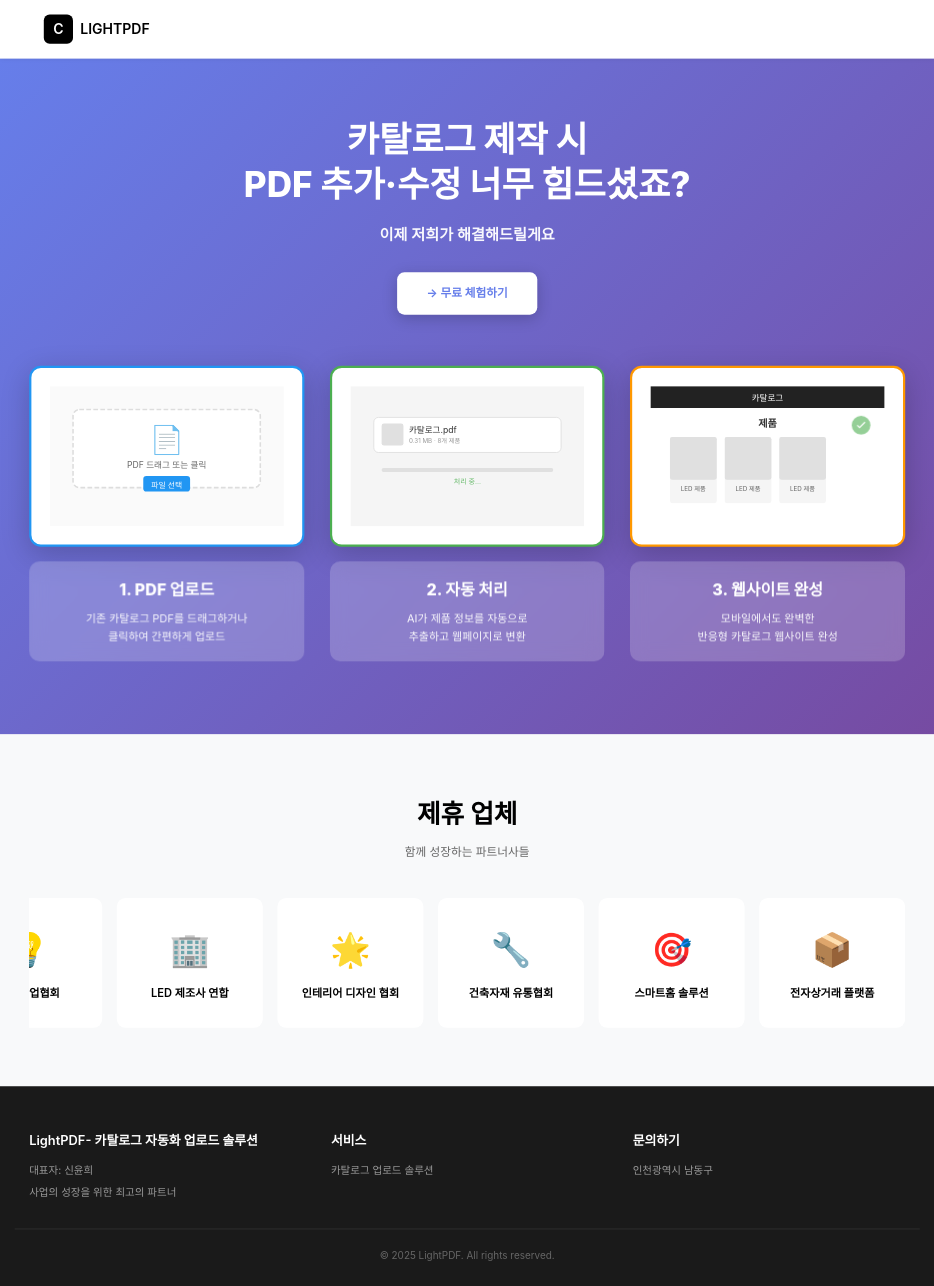
Repository: ororso11/catamaster
Page: index.html
These files come from the project's save history. The page is drawn as it stood at one moment and after the next save; the edit follows.
The browser window is 1280 px wide. The pictures show the whole page, at 73% of full size.

Above is the page before, as saved 2025-10-05 00:47:16.

After the next save:
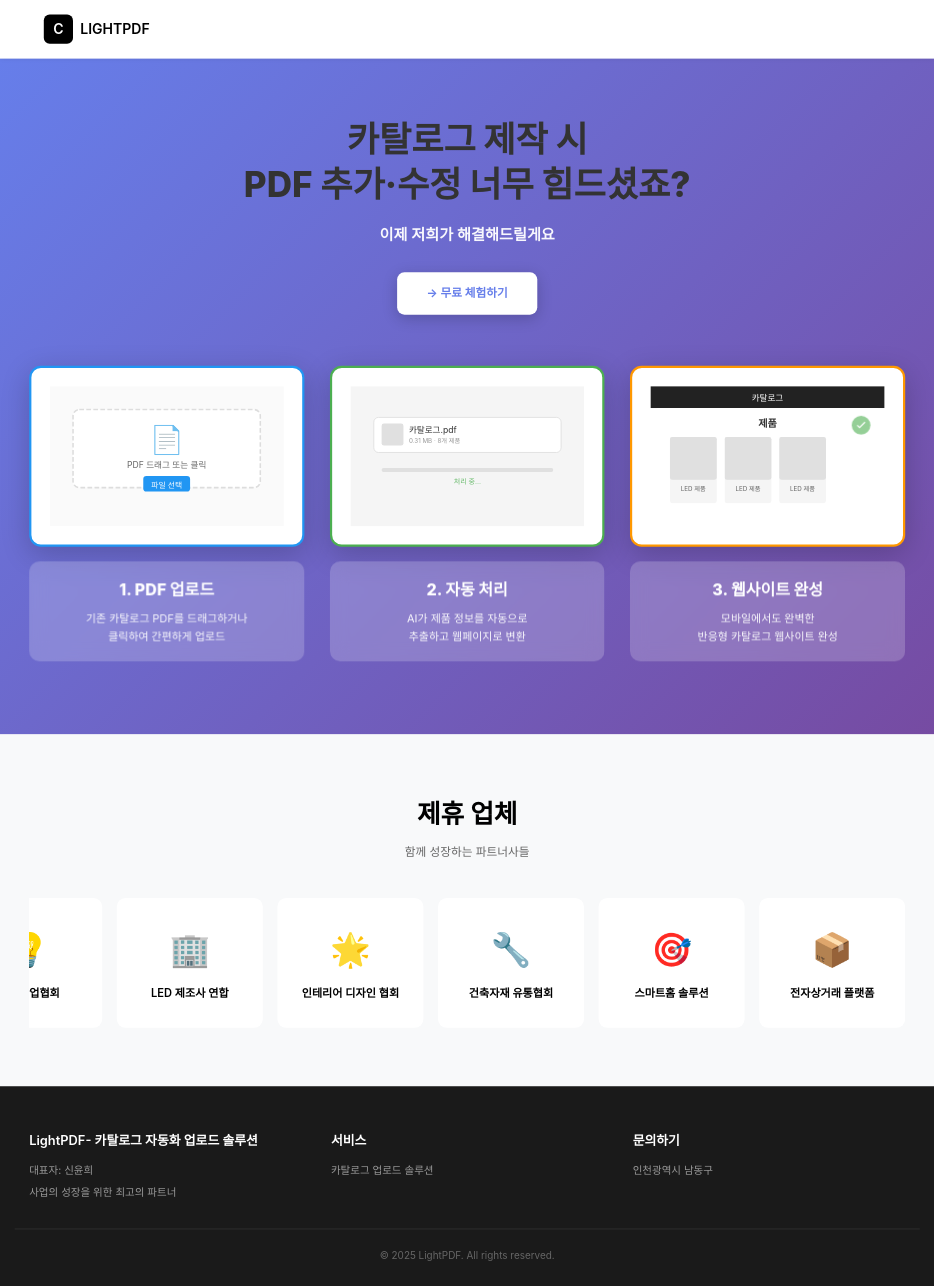
Saved 63 s later.
--- a/style.css
+++ b/style.css
@@ -67,7 +67,7 @@ header {
     font-size: 3rem;
     font-weight: 800;
     margin-bottom: 20px;
-    color: white;
+    /* color: white; */
     line-height: 1.3;
 }
 
